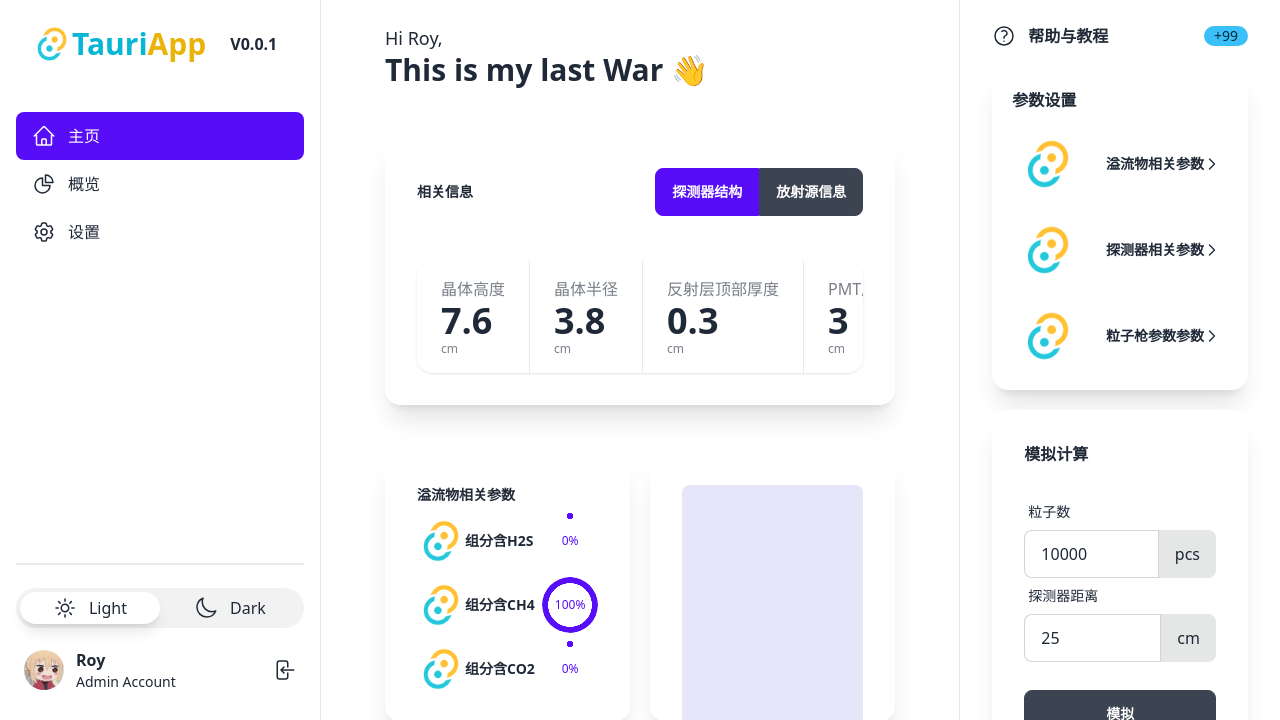
Repository: XMZOVO/tauri-geant4
Page: /
These files come from the project's save history. The page is drawn as it stood at one moment and after the next save; the edit follows.
The browser window is 1280 px wide. The pictures show the whole page.
The page's requests for data from a server got no answer. An inner scrolling area shows only its first screen. The project was rebuilt for these pictures with package versions that can differ from the ones it lists, and the page was loaded fresh each time. No one was signed in, and anything a server would have sent is missing. Also part of the build but not shown: vite.config.ts.

Above is the page before, as saved 2022-09-07 19:34:07.

### index.html
<!DOCTYPE html>
<html lang="en">
  <head>
    <meta charset="UTF-8" />
    <link rel="icon" type="image/svg+xml" href="/vite.svg" />
    <meta name="viewport" content="width=device-width, initial-scale=1.0" />
    <title>Tauri + Vue + TS</title>
  </head>

  <body>
    <div id="app"></div>
    <script type="module" src="/src/main.ts"></script>
    <script
      type="module"
      src="https://root.cern/js/latest/modules/main.mjs"
    ></script>
  </body>
</html>

### src/main.ts
import { createApp } from "vue";
import App from "./App.vue";
import "./index.css";
import { Router } from "./router";
import { createPinia } from "pinia";

const pinia = createPinia();

createApp(App).use(pinia).use(Router).mount("#app");

### src/router/index.ts
import { createRouter, createWebHistory } from "vue-router";

const routes = [
  {
    path: "",
    component: () => import("../components/MainWindow.vue"),
    children: [
      {
        path: "",
        component: () => import("../components/Home.vue"),
      },
      {
        path: "Setting",
        component: () => import("../components/Setting.vue"),
      },
      {
        path: "Overview",
        component: () => import("../components/Overview.vue"),
      },
    ],
  },
];

export const Router = createRouter({
  scrollBehavior: () => ({ left: 0, top: 0 }),
  history: createWebHistory(),
  routes,
});

### src/components/Home.vue
<script setup lang="ts" type="module">
import { ref } from "vue";
import { invoke } from "@tauri-apps/api/tauri";
import { useRouter, onBeforeRouteLeave, onBeforeRouteUpdate } from "vue-router";
import path from "path";
import { exit } from "@tauri-apps/api/process";
import { fetch } from "@tauri-apps/api/http";

const router = useRouter();
const greetMsg = ref("");
const name = ref("");
let specFile = ref("");
let JSRootPath = "/JsRoot720/";

let detectorSrc = ref(
  JSRootPath +
    "index.htm?nobrowser&file=http://localhost:8080/file/G4Backend/build/rootFiles/wtest.root&item=Default;1&opt=ssao;transp60"
);

const parametersNames = ref([
  { name: "探测器结构", checked: true },
  { name: "放射源信息", checked: false },
]);
const selectedName = ref("钻井液性能");
const detectorProperties = ref([
  { name: "晶体高度", value: 7.6, unit: "cm" },
  { name: "晶体半径", value: 3.8, unit: "cm" },
  { name: "反射层顶部厚度", value: "0.3", unit: "cm" },
  { name: "PMT厚度", value: 3, unit: "cm" },
]);
const radioactiveProperties = ref([
  { name: "放射性同位素", value: "Co60", unit: "" },
  { name: "粒子数", value: 1000, unit: "" },
  { name: "3", value: 20, unit: "" },
  { name: "4", value: 0.02, unit: "" },
  { name: "5", value: 10, unit: "" },
]);
const overflowParam = ref([
  { name: "组分含H2S", percent: 0 },
  { name: "组分含CH4", percent: 100 },
  { name: "组分含CO2", percent: 0 },
]);
const paticleParameters = ref([
  { name: "粒子数", value: 10000, unit: "pcs" },
  { name: "探测器距离", value: 25, unit: "cm" },
]);
const btnWait = ref("");

async function greet() {
  greetMsg.value = await invoke("greet", { name: name.value });
}

const parametersInfoChanged = (name: String) => {
  if (name == "探测器结构") {
    parametersNames.value[0].checked = true;
    parametersNames.value[1].checked = false;
  } else {
    parametersNames.value[0].checked = false;
    parametersNames.value[1].checked = true;
  }
};

const executeCalculate = async () => {
  if (paticleParameters.value[0].value > 10000000) {
    alert("粒子数过大");
    return;
  }
  btnWait.value = "loading";
  const response = await fetch("http://localhost:8080/g4", {
    method: "POST",
    query: {
      ch: detectorProperties.value[0].value.toString(),
      cr: detectorProperties.value[1].value.toString(),
      rtt: detectorProperties.value[2].value.toString(),
      num: paticleParameters.value[0].value.toString(),
    },
  }).then((res) => {
    btnWait.value = "";
    router.push({ path: "/Overview" });
  });
};

const refreshDetector = async () => {
  await fetch("http://localhost:8080/gdml", {
    method: "GET",
    query: {
      ch: detectorProperties.value[0].value.toString(),
      cr: detectorProperties.value[1].value.toString(),
      rtt: detectorProperties.value[2].value.toString(),
      pmt: detectorProperties.value[3].value.toString(),
    },
  });
  detectorSrc.value = " ";
  detectorSrc.value =
    JSRootPath +
    "index.htm?nobrowser&file=http://localhost:8080/file/G4Backend/build/rootFiles/wtest.root&item=Default;1&opt=ssao;transp60";
};

const exitApp = async () => {
  await exit(1);
};
</script>

<template>
  <!-- <div class="card">
    <input id="greet-input" v-model="name" placeholder="Enter a name..." />
    <button type="button" @click="greet()">Greet</button>
  </div>

  <p>{{ greetMsg }}</p> -->

  <div class="flex h-full w-full">
    <div class="w-2/3 space-y-12 border-r border-base-300 py-6 px-16">
      <div class="h-auto">
        <span class="block text-lg font-normal">Hi Roy,</span>
        <span class="block text-3xl font-bold"
          >This is my last War &#128075;</span
        >
      </div>
      <div class="card h-2/5 w-full shadow-xl">
        <div class="card-body justify-between">
          <div class="flex justify-between">
            <p class="card-title text-sm">相关信息</p>
            <!-- 选择框 -->
            <!-- <div class="form-control w-1/3 max-w-xs">
              <select
                class="select select-bordered focus:outline-none"
                @change="parametersInfoChanged($event)"
              >
                <option v-for="item in parametersNames">{{ item }}</option>
              </select>
            </div> -->
            <div class="btn-group">
              <input
                v-for="item in parametersNames"
                type="radio"
                name="options"
                :data-title="item.name"
                class="btn"
                :checked="item.checked"
                @change="parametersInfoChanged(item.name)"
              />
            </div>
          </div>
          <!-- 统计信息 -->
          <div
            class="stats stats-vertical overflow-hidden shadow lg:stats-horizontal"
          >
            <div
              class="stat"
              v-if="parametersNames[0].checked"
              v-for="item in detectorProperties"
            >
              <div class="stat-title">{{ item.name }}</div>
              <div class="stat-value">{{ item.value }}</div>
              <div class="stat-desc">{{ item.unit }}</div>
            </div>
            <div
              class="stat"
              v-if="parametersNames[1].checked"
              v-for="item in radioactiveProperties"
            >
              <div class="stat-title">{{ item.name }}</div>
              <div class="stat-value">{{ item.value }}</div>
              <div class="stat-desc">{{ item.unit }}</div>
            </div>
          </div>
        </div>
      </div>
      <!-- 底部双卡片 -->
      <div class="flex h-2/5 space-x-5">
        <!-- 1 -->
        <div class="card w-1/2 bg-base-100 shadow-xl">
          <div class="card-body">
            <p class="text-sm font-semibold">溢流物相关参数</p>
            <!-- item -->
            <div
              v-for="item in overflowParam"
              class="flex items-center justify-between"
            >
              <img src="../assets/icon.png" class="h-12 w-12" />
              <p class="text-sm font-semibold">{{ item.name }}</p>
              <div
                class="radial-progress text-xs text-primary"
                :style="
                  '--value: ' +
                  item.percent +
                  '; --size: 3.5rem; --thickness: 6px'
                "
              >
                {{ item.percent }}%
              </div>
            </div>
          </div>
        </div>
        <!-- 2 -->
        <div class="card w-1/2 bg-base-100 shadow-xl">
          <div class="card-body">
            <iframe
              :src="detectorSrc"
              frameborder="0"
              class="h-72 w-full rounded-lg"
            ></iframe>
          </div>
        </div>
      </div>
    </div>

    <!-- 右侧 -->
    <div class="w-1/3 flex-col space-y-5 px-8 pt-6">
      <!-- 帮助 -->
      <div class="flex items-center justify-between">
        <div class="flex items-center space-x-3">
          <svg
            xmlns="http://www.w3.org/2000/svg"
            fill="none"
            viewBox="0 0 24 24"
            stroke-width="1.5"
            stroke="currentColor"
            class="h-6 w-6"
          >
            <path
              stroke-linecap="round"
              stroke-linejoin="round"
              d="M9.879 7.519c1.171-1.025 3.071-1.025 4.242 0 1.172 1.025 1.172 2.687 0 3.712-.203.179-.43.326-.67.442-.745.361-1.45.999-1.45 1.827v.75M21 12a9 9 0 11-18 0 9 9 0 0118 0zm-9 5.25h.008v.008H12v-.008z"
            />
          </svg>
          <label class="font-bold">帮助与教程</label>
        </div>
        <div class="badge badge-info">+99</div>
      </div>
      <!-- 帮助 -->
      <!-- 卡1 -->
      <div class="flex space-x-5">
        <div class="card w-full overflow-visible bg-base-100 shadow-xl">
          <div class="card-body p-5">
            <div class="flex-col space-y-5">
              <p class="text-md font-bold">参数设置</p>

              <!-- 溢流物 -->
              <div class="dropdown-left dropdown w-full">
                <div
                  tabindex="0"
                  class="flex items-center justify-between rounded-xl px-2 py-1 duration-300 hover:cursor-pointer hover:bg-primary hover:text-base-100"
                >
                  <img src="../assets/icon.png" class="h-14 w-14 rounded-xl" />
                  <div class="flex items-center">
                    <p class="text-sm font-bold">溢流物相关参数</p>
                    <svg
                      xmlns="http://www.w3.org/2000/svg"
                      fill="none"
                      viewBox="0 0 24 24"
                      stroke-width="2"
                      stroke="currentColor"
                      class="h-4 w-4"
                    >
                      <path
                        stroke-linecap="round"
                        stroke-linejoin="round"
                        d="M8.25 4.5l7.5 7.5-7.5 7.5"
                      />
                    </svg>
                  </div>
                </div>
                <!-- 浮动窗口 -->
                <div
                  tabindex="0"
                  class="card dropdown-content rounded-box w-96 bg-base-100 shadow"
                >
                  <div class="card-body space-y-3">
                    <p class="font-bold">设置溢流物相关参数</p>
                    <div
                      v-for="item in overflowParam"
                      class="flex items-center justify-between"
                    >
                      <p>{{ item.name }}</p>
                      <p class="font-bold text-primary">{{ item.percent }}%</p>
                      <input
                        type="range"
                        min="0"
                        max="100"
                        v-model="item.percent"
                        class="range range-xs w-1/2"
                        step="1"
                      />
                    </div>
                  </div>
                </div>
              </div>
              <!-- 溢流物 -->
              <!-- 钻井液 -->
              <div class="dropdown-left dropdown w-full">
                <div
                  tabindex="0"
                  class="flex items-center justify-between rounded-xl px-2 py-1 duration-300 hover:cursor-pointer hover:bg-primary hover:text-base-100"
                >
                  <img src="../assets/icon.png" class="h-14 w-14 rounded-xl" />
                  <div class="flex items-center">
                    <p class="text-sm font-bold">探测器相关参数</p>
                    <svg
                      xmlns="http://www.w3.org/2000/svg"
                      fill="none"
                      viewBox="0 0 24 24"
                      stroke-width="2"
                      stroke="currentColor"
                      class="h-4 w-4"
                    >
                      <path
                        stroke-linecap="round"
                        stroke-linejoin="round"
                        d="M8.25 4.5l7.5 7.5-7.5 7.5"
                      />
                    </svg>
                  </div>
                </div>
                <!-- 浮动窗口 -->
                <div
                  tabindex="0"
                  class="card dropdown-content rounded-box w-96 bg-base-100 shadow"
                >
                  <div class="card-body space-y-1">
                    <div class="flex items-center">
                      <p class="font-bold">设置探测器参数</p>
                      <button class="btn btn-xs" @click="refreshDetector">
                        刷新探测器模型
                      </button>
                    </div>
                    <div
                      v-for="item in detectorProperties"
                      class="form-control"
                    >
                      <label class="label">
                        <span class="label-text">{{ item.name }}</span>
                      </label>
                      <label class="input-group">
                        <input
                          type="text"
                          v-model="item.value"
                          class="input input-bordered w-3/4 focus:outline-none"
                        />
                        <span class="w-1/4">{{ item.unit }}</span>
                      </label>
                    </div>
                  </div>
                </div>
              </div>
              <!-- 钻井液 -->
              <!-- 节流压 -->
              <div class="dropdown-left dropdown w-full">
                <div
                  tabindex="0"
                  class="flex items-center justify-between rounded-xl px-2 py-1 duration-300 hover:cursor-pointer hover:bg-primary hover:text-base-100"
                >
                  <img src="../assets/icon.png" class="h-14 w-14 rounded-xl" />
                  <div class="flex items-center">
                    <p class="text-sm font-bold">粒子枪参数参数</p>
                    <svg
                      xmlns="http://www.w3.org/2000/svg"
                      fill="none"
                      viewBox="0 0 24 24"
                      stroke-width="2"
                      stroke="currentColor"
                      class="h-4 w-4"
                    >
                      <path
                        stroke-linecap="round"
                        stroke-linejoin="round"
                        d="M8.25 4.5l7.5 7.5-7.5 7.5"
                      />
                    </svg>
                  </div>
                </div>
                <!-- 浮动窗口 -->
                <div
                  tabindex="0"
                  class="card dropdown-content rounded-box w-96 bg-base-100 shadow"
                >
                  <div class="card-body space-y-3">
                    <p class="font-bold">设置粒子枪参数</p>
                    <div
                      v-for="item in radioactiveProperties"
                      class="form-control"
                    >
                      <label class="label">
                        <span class="label-text">{{ item.name }}</span>
                      </label>
                      <label class="input-group">
                        <input
                          type="text"
                          v-model="item.value"
                          class="input input-bordered w-3/4 focus:outline-none"
                        />
                        <span class="w-1/4">{{ item.unit }}</span>
                      </label>
                    </div>
                  </div>
                </div>
              </div>
              <!-- 节流压 -->
            </div>
          </div>
        </div>
      </div>
      <!-- 卡2 -->
      <div class="flex space-x-5">
        <div class="card w-full bg-base-100 shadow-xl">
          <div class="card-body space-y-5">
            <p class="text-md font-bold">模拟计算</p>
            <div>
              <div v-for="item in paticleParameters" class="form-control">
                <label class="label">
                  <span class="label-text">{{ item.name }}</span>
                </label>
                <label class="input-group">
                  <input
                    type="text"
                    placeholder="0.01"
                    v-model="item.value"
                    class="input input-bordered w-full focus:outline-none"
                  />
                  <span>{{ item.unit }}</span>
                </label>
              </div>
            </div>
            <!-- 计算 -->
            <button :class="'btn w-full ' + btnWait" @click="executeCalculate">
              模拟
            </button>
          </div>
        </div>
      </div>
    </div>
  </div>
</template>

<style scoped></style>

Loaded but not shown: src/App.vue (common file); src/index.css (common file); tailwind.config.cjs (common file); public/JsRoot720/modules/d3.mjs (library); public/JsRoot720/modules/gui/HierarchyPainter.mjs (library); public/JsRoot720/modules/io.mjs (3859 lines, source omitted); public/JsRoot720/modules/gpad/TFramePainter.mjs (2781 lines, source omitted); public/JsRoot720/modules/gpad/TPadPainter.mjs (2078 lines, source omitted); public/JsRoot720/modules/gui/menu.mjs (1573 lines, source omitted); public/JsRoot720/modules/core.mjs (1681 lines, source omitted); public/JsRoot720/modules/gui/display.mjs (1711 lines, source omitted); public/JsRoot720/modules/base/ObjectPainter.mjs (1608 lines, source omitted); public/JsRoot720/modules/base/math.mjs (2061 lines, source omitted); public/JsRoot720/modules/gpad/TAxisPainter.mjs (1330 lines, source omitted); public/JsRoot720/modules/hist/TPavePainter.mjs (1257 lines, source omitted); public/JsRoot720/modules/base/latex.mjs (1324 lines, source omitted); public/JsRoot720/modules/draw.mjs (618 lines, source omitted); public/JsRoot720/modules/gui/utils.mjs (511 lines, source omitted); public/JsRoot720/modules/gpad/TCanvasPainter.mjs (756 lines, source omitted); public/JsRoot720/modules/base/BasePainter.mjs (670 lines, source omitted); public/JsRoot720/modules/base/TAttFillHandler.mjs (343 lines, source omitted); public/JsRoot720/modules/base/TAttMarkerHandler.mjs (292 lines, source omitted); public/JsRoot720/modules/gui.mjs (206 lines, source omitted); public/JsRoot720/modules/base/colors.mjs (172 lines, source omitted); public/JsRoot720/modules/base/TAttLineHandler.mjs (166 lines, source omitted); public/JsRoot720/modules/base/FontHandler.mjs (139 lines, source omitted); src/components/MainWindow.vue (246 lines, source omitted)

After the next save:
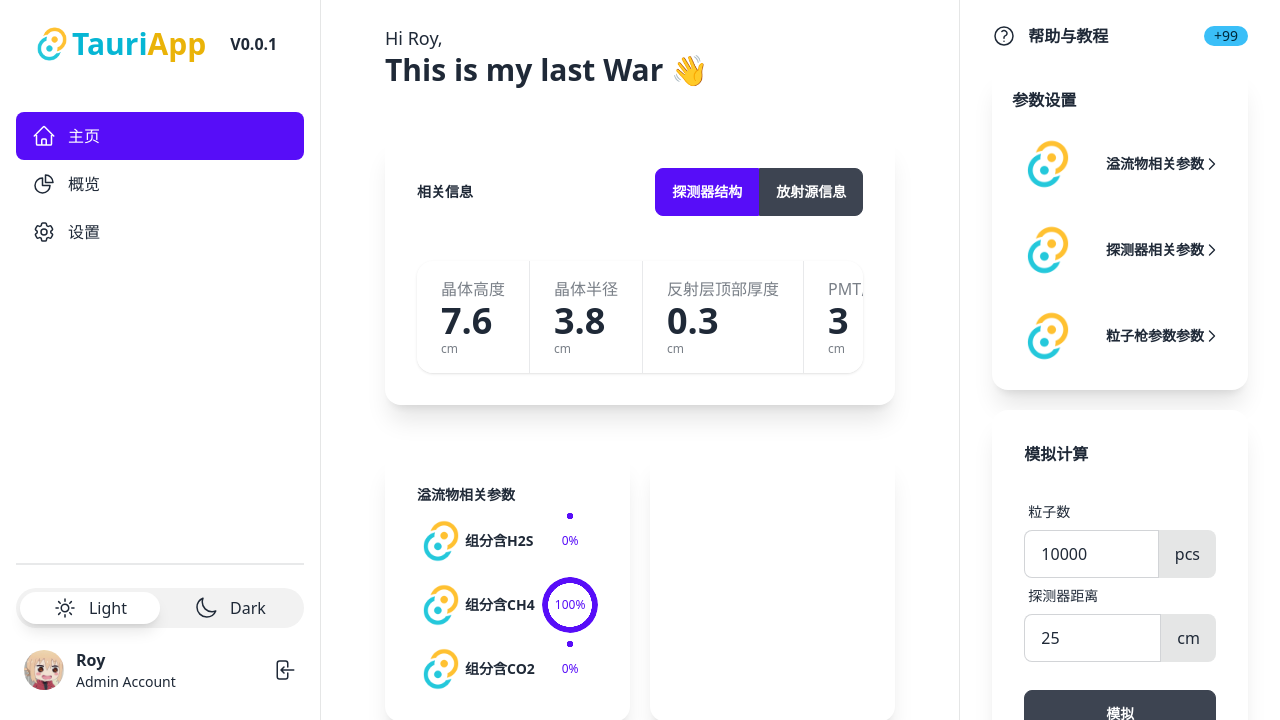
Saved 95 s later.
--- a/src/components/Home.vue
+++ b/src/components/Home.vue
@@ -10,7 +10,7 @@
 const greetMsg = ref("");
 const name = ref("");
 let specFile = ref("");
-let JSRootPath = "/JsRoot720/";
+let JSRootPath = ref("/JsRoot720/");
 
 let detectorSrc = ref(
   JSRootPath +

After the save that followed:
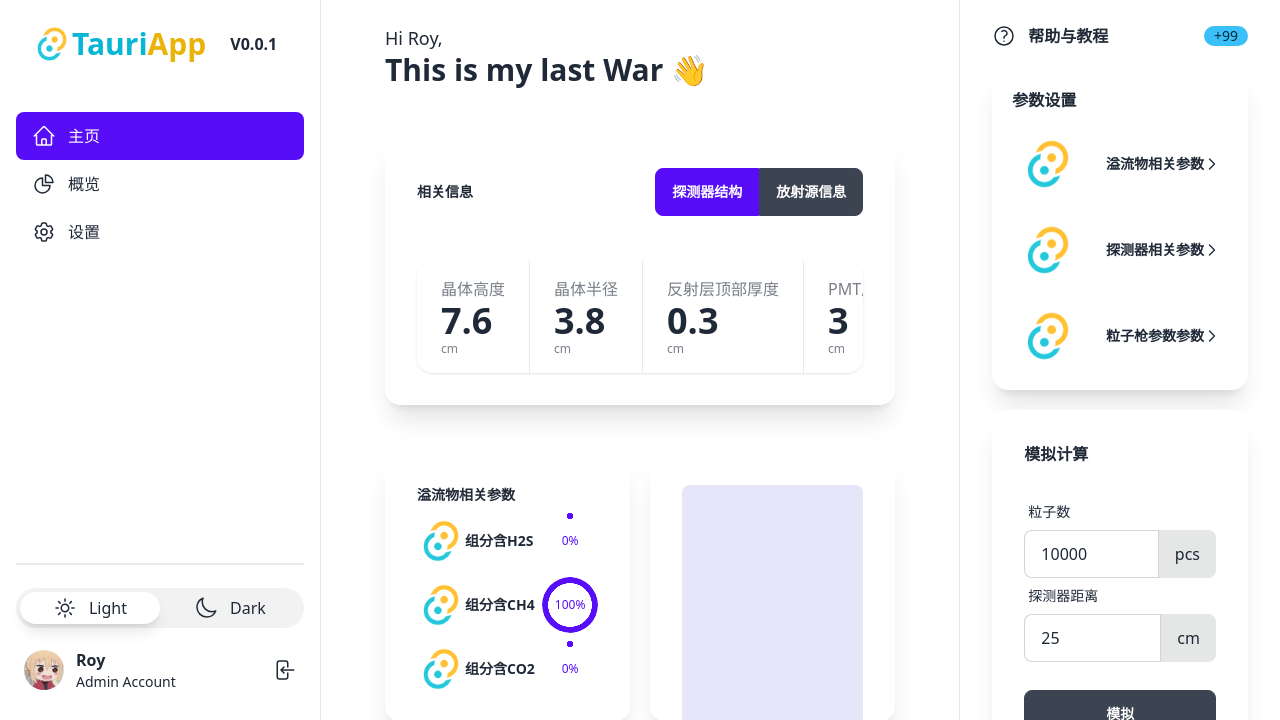
Saved 4 s later.
--- a/src/components/Home.vue
+++ b/src/components/Home.vue
@@ -13,7 +13,7 @@
 let JSRootPath = ref("/JsRoot720/");
 
 let detectorSrc = ref(
-  JSRootPath +
+  JSRootPath.value +
     "index.htm?nobrowser&file=http://localhost:8080/file/G4Backend/build/rootFiles/wtest.root&item=Default;1&opt=ssao;transp60"
 );
 
